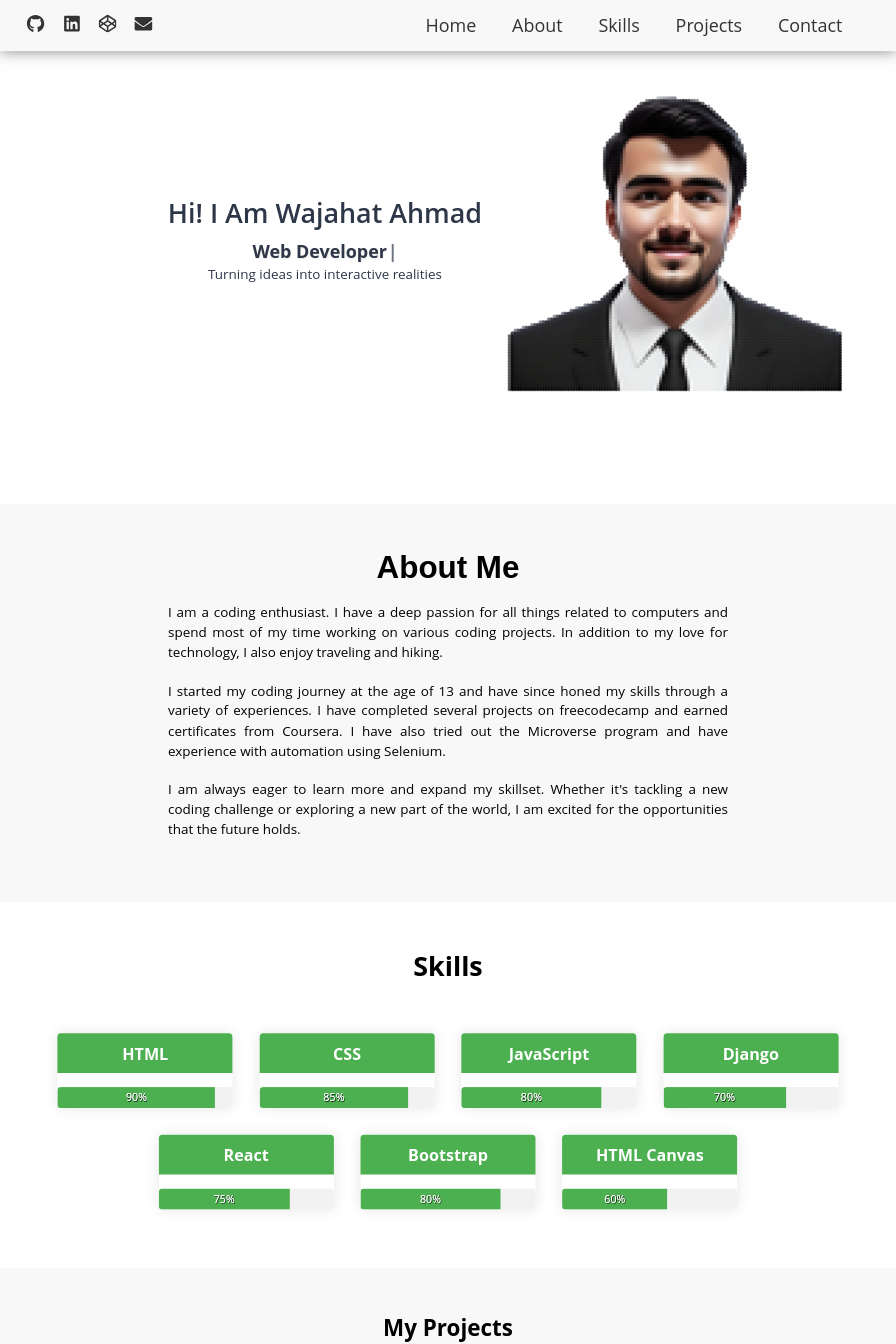
Repository: WajahatKanju/wajahatkanju.github.io
Page: /
An editor plug-in stored every save of this project. The page is shown before and after the next save, followed by the edit.
The browser window is 1280 px wide. The pictures show the part of the page from y = 0 to 1920 px (the page is 3132 px tall), at 70% of full size.
The project was rebuilt for these pictures with package versions that can differ from the ones it lists, and the page was loaded fresh each time. Also part of the build but not shown: vite.config.js.

Above is the page before, as saved 2023-05-06 10:29:35.

### index.html
<!DOCTYPE html>
<html lang="en">
  <head>
    <meta charset="UTF-8" />
    <link rel="icon" type="image/svg+xml" href="./src/assets/favicon.svg" />
    <meta name="viewport" content="width=device-width, initial-scale=1.0" />
    <title>Wajahat Ahmad - Portfolio</title>
  </head>
  <body>
    <div id="root"></div>
    <script type="module" src="./src/main.jsx"></script>
  </body>
</html>

### src/App.jsx
import './styles/App.scss'
import Header from "./Header"
import Navigation from './Navigation'
import About from './About'
import ContactForm from './ContactForm'
import Skills from './Skills'
import Projects from './Projects'

function App() {

  return (
    <>
    <Navigation />
    <Header />
    <About />
    <Skills />
    <Projects />
    <ContactForm />
    </>
  )
}

export default App

### src/styles/App.scss
/* Reset */
*, *::before, *::after {
  margin: 0;
  padding: 0;
  box-sizing: border-box;
}

/* Set base font size */
html {
  font-size: 62.5%; /* 1rem = 10px */
}

/* Base styles */
body {
  font-family: 'Open Sans', sans-serif;
  font-size: 1.6rem; /* 16px */
  overflow-x: hidden;
}

section:nth-of-type(2n - 1){
  background-color: #F8F8F8;
}

/* Media queries */
@media screen and (max-width: 599px) {
  /* Small screens */
  body {
    font-size: 1.2rem; /* 12px */
  }
}

@media screen and (min-width: 600px) and (max-width: 991px) {
  /* Mobile and tablet styles */
  body {
    font-size: 1.4rem; /* 14px */
  }
}

@media screen and (min-width: 992px) and (max-width: 1199px) {
  /* Medium desktop styles */
  body {
    font-size: 1.8rem; /* 18px */
  }
}

@media screen and (min-width: 1200px) and (max-width: 1599px) {
  /* Large desktop styles */
  html {
    font-size: 80%; /* 1rem = 8px */
  }
  body {
    font-size: 2rem; /* 20px */
  }
}

@media screen and (min-width: 1600px) {
  /* Extra large desktop styles */
  html {
    font-size: 100%; /* 1rem = 10px */
  }
  body {
    font-size: 2.2rem; /* 22px */
  }
}

### src/Header.jsx
import { useEffect } from "react";
import Typewriter from "typewriter-effect/dist/core";
import "./styles/Header.scss";

import ImageParticleAnimation from "./ImageParticleAnimation";

function Header() {
  useEffect(() => {
    const typewriter = new Typewriter("#typewriter", {
      strings: ["Web Designer", "Web Developer", "Full Stack Developer"],
      loop: true,
      delay: 80,
      autoStart: true,
    });

    typewriter.start();
  }, []);


  return (
    <header className="header">
      <div className="header__left">
        <h1>Hi! I Am Wajahat Ahmad</h1>
        <p id="typewriter"></p>
        <h3>Turning ideas into interactive realities</h3>
      </div>
      <div className="header__right">
        <ImageParticleAnimation />
      </div>
    </header>
  );
}

export default Header;

### src/Navigation.jsx
import { useState } from 'react';
import { FaGithub, FaLinkedin, FaCodepen, FaEnvelope } from 'react-icons/fa';
import './styles/Navigation.scss';

function Navigation() {
  const [menuOpen, setMenuOpen] = useState(false);

  const handleMenuClick = () => {
    setMenuOpen(!menuOpen);
  };
  return (
    <nav className="navigation">

      <div className={`navigation__left`}>
        <a href="https://github.com/WajahatKanju" target="_blank" rel="noopener noreferrer">
          <FaGithub />
        </a>
        <a href="https://www.linkedin.com/in/wajahat-ahmad-5b493b181/" target="_blank" rel="noopener noreferrer">
          <FaLinkedin />
        </a>
        <a href="https://codepen.io/wajahatahmad" target="_blank" rel="noopener noreferrer">
          <FaCodepen />
        </a>
        <a href="mailto:wajahat5ahmad@gmail.com">
          <FaEnvelope />
        </a>
      </div>
      <ul className={`navigation__right ${menuOpen ? 'active' : ''}`}>
        <li> <a href="#">Home </a> </li>
        <li> <a href="#about">About</a></li>
        <li> <a href="#skills">Skills </a></li>
        <li> <a href="#projects">Projects </a></li>
        <li> <a href="#contact">Contact </a></li>
      </ul>
      <div className={`navigation-button ${menuOpen ? '' : 'active'}`} onClick={handleMenuClick}>
        <div className="navigation__menu-icon">
          <div className="navigation__menu-line"></div>
          <div className="navigation__menu-line"></div>
          <div className="navigation__menu-line"></div>
        </div>
      </div>
    </nav>
  );
}

export default Navigation;

### src/About.jsx
import "./styles/About.scss";

function About() {
  return (
    <section className="about"id="about">
      <div className="about__me--container">
        <h2>About Me</h2>
        <p>
          I am a coding enthusiast. I have a deep passion for all things related
          to computers and spend most of my time working on various coding
          projects. In addition to my love for technology, I also enjoy
          traveling and hiking.
        </p>
        <p>
          I started my coding journey at the age of 13 and have since honed my
          skills through a variety of experiences. I have completed several
          projects on freecodecamp and earned certificates from Coursera. I have
          also tried out the Microverse program and have experience with
          automation using Selenium.
        </p>
        <p>
          I am always eager to learn more and expand my skillset. Whether
          it&apos;s tackling a new coding challenge or exploring a new part of
          the world, I am excited for the opportunities that the future holds.
        </p>
      </div>
    </section>
  );
}

export default About;

### src/ContactForm.jsx
import { useState } from "react";

import "./styles/ContactForm.scss";

function ContactForm() {
  const [name, setName] = useState("");
  const [email, setEmail] = useState("");
  const [message, setMessage] = useState("");

  const handleSubmit = (e) => {
    e.preventDefault();
    // handle form submission logic here
  };

  return (
    <section className="contact__form">
      <div className="contact__form__container">
        <h2 className="form__header">Contact Me</h2>
        <form onSubmit={handleSubmit}>
          <label htmlFor="name">Name:</label>
          <input
            type="text"
            id="name"
            name="name"
            value={name}
            onChange={(e) => setName(e.target.value)}
            required
          />

          <label htmlFor="email">Email:</label>
          <input
            type="email"
            id="email"
            name="email"
            value={email}
            onChange={(e) => setEmail(e.target.value)}
            required
          />

          <label htmlFor="message">Message:</label>
          <textarea
            id="message"
            name="message"
            value={message}
            onChange={(e) => setMessage(e.target.value)}
            required
          />

          <button type="submit">Submit</button>
        </form>
      </div>
    </section>
  );
}

export default ContactForm;

### src/Skills.jsx
import "./styles/Skills.scss";

function Skills() {
  return (
    <section className="skills">
      <h2 className="skills__header">Skills</h2>

      <div className="skills__container">
        <div className="skill">
          <h3 className="skill__name">HTML</h3>
          <div className="skill__bar">
            <div className="skill__fill" style={{ width: "90%" }}>
              <span className="skill__percent">90%</span>
            </div>
          </div>
        </div>

        <div className="skill">
          <h3 className="skill__name">CSS</h3>
          <div className="skill__bar">
            <div className="skill__fill" style={{ width: "85%" }}>
              <span className="skill__percent">85%</span>
            </div>
          </div>
        </div>

        <div className="skill">
          <h3 className="skill__name">JavaScript</h3>
          <div className="skill__bar">
            <div className="skill__fill" style={{ width: "80%" }}>
              <span className="skill__percent">80%</span>
            </div>
          </div>
        </div>

        <div className="skill">
          <h3 className="skill__name">Django</h3>
          <div className="skill__bar">
            <div className="skill__fill" style={{ width: "70%" }}>
              <span className="skill__percent">70%</span>
            </div>
          </div>
        </div>

        <div className="skill">
          <h3 className="skill__name">React</h3>
          <div className="skill__bar">
            <div className="skill__fill" style={{ width: "75%" }}>
              <span className="skill__percent">75%</span>
            </div>
          </div>
        </div>

        <div className="skill">
          <h3 className="skill__name">Bootstrap</h3>
          <div className="skill__bar">
            <div className="skill__fill" style={{ width: "80%" }}>
              <span className="skill__percent">80%</span>
            </div>
          </div>
        </div>

        <div className="skill">
          <h3 className="skill__name">HTML Canvas</h3>
          <div className="skill__bar">
            <div className="skill__fill" style={{ width: "60%" }}>
              <span className="skill__percent">60%</span>
            </div>
          </div>
        </div>
      </div>
    </section>
  );
}

export default Skills;

### src/Projects.jsx
import './styles/Projects.scss';

const Projects = () => {
  const projects = [
    {
      id: 1,
      title: 'Todo List',
      description: 'A simple todo list application that allows users to add and complete tasks.',
      image: 'https://via.placeholder.com/300x200',
      link: 'https://www.example.com/todolist'
    },
    {
      id: 2,
      title: 'Weather App',
      description: 'A weather application that displays current weather conditions for a given location.',
      image: 'https://via.placeholder.com/300x200',
      link: 'https://www.example.com/weatherapp'
    },
    {
      id: 3,
      title: 'E-commerce Store',
      description: 'An online store that allows users to browse and purchase products.',
      image: 'https://via.placeholder.com/300x200',
      link: 'https://www.example.com/ecommerce'
    },
    {
      id: 4,
      title: 'Recipe App',
      description: 'A recipe application that displays a list of recipes and allows users to search and filter them.',
      image: 'https://via.placeholder.com/300x200',
      link: 'https://www.example.com/recipeapp'
    }
  ];

  return (
    <section className="projects" id="projects">
      <h2>My Projects</h2>
      <div className="project-list">
        {projects.map(project => (
          <div className="project" key={project.id}>
            <img src={project.image} alt={project.title} />
            <h3>{project.title}</h3>
            <p>{project.description}</p>
            <a href={project.link}>View Project</a>
          </div>
        ))}
      </div>
    </section>
  );
};

export default Projects;

### src/styles/Header.scss
.header {
  display: flex;
  padding: 2rem 5rem;

  justify-content: space-around;
  align-items: center;
  min-height: 100vh;
  color: #2d3748;
  position: relative;
  z-index: 10;

  img{
    display: block;

  }

  &__left {
    h1 {
      font-size: 3rem;
      font-weight: 600;
      text-align: center;
      margin-bottom: 1rem;

      span {
        display: inline-block;

        &.animate__bounce:hover {
          animation-name: jelly;
          animation-duration: 1s;
          animation-fill-mode: both;
          animation-iteration-count: infinite;
        }
      }
    }

    h3 {
      font-size: 1.5rem;
      font-weight: 400;
      text-align: center;
      margin-bottom: 3rem;
    }

    #typewriter {
      text-align: center;
      font-size: 2rem;
      font-weight: bold;
      text-shadow: 0.0625rem 0.0625rem 0.1875rem rgba(0, 0, 0, 0.1);
    }
  }
}


@keyframes jelly {
  0%,
  100% {
    transform: scale(1);
  }
  25% {
    transform: scale(0.9, 1.1);
  }
  50% {
    transform: scale(1.1, 0.9);
  }
  75% {
    transform: scale(0.95, 1.05);
  }
}

### src/ImageParticleAnimation.jsx
import { useEffect, useRef } from "react";
import cartoonMe from "./assets/cartoon.png";

export default function ImageParticleAnimation() {

  // eslint-disable-next-line react-hooks/exhaustive-deps
  const png = new Image();
  png.src = cartoonMe;
  const canvasRef = useRef();

  useEffect(() => {
    const canvas = canvasRef.current;
    const ctx = canvas.getContext("2d");

    canvas.width = innerWidth;
    canvas.height = innerHeight;

    let particleArray = [];

    let mouse = {
      x: null,
      y: null,
      radius: 120,
    };

    window.addEventListener("mousemove", (event) => {
      mouse.x = event.x + canvas.clientLeft / 2;
      mouse.y = event.y + canvas.clientTop / 2;
    });

    function drawImage() {
      let imageWidth = png.width;
      let imageHeight = png.height;
      ctx.drawImage(png, innerWidth / 2, innerHeight / 2);
      const data = ctx.getImageData(0, 0, imageWidth, imageHeight);
      ctx.clearRect(0, 0, canvas.width, canvas.height);

      class Particle {
        constructor(x, y, color, size=1) {
          this.baseX = x + (canvas.width * 0.75 ) - png.width * 2;
          this.baseY = y + (canvas.height * 0.45 ) - png.height * 2;

          this.x = this.baseX + Math.random() * 200 - 25 ;
          this.y = this.baseY + Math.random() * 200 - 25 ;

          this.color = color;
          this.size = size;

          this.density = Math.random() * 10 + 2;
        }

        draw() {
          ctx.fillStyle = this.color;
          ctx.beginPath();
          ctx.arc(this.x, this.y, this.size * 10, 0, Math.PI * 2);
          ctx.closePath();
          ctx.fill();
        }

        update() {
          let dx = mouse.x - this.x;
          let dy = mouse.y - this.y;
          let distance = Math.sqrt(dx * dx + dy * dy);
          let forceDirectionX = dx / distance;
          let forceDirectionY = dy / distance;

          const maxDistance = 100;
          let force = (maxDistance - distance) / (maxDistance * 0.5);
          if (force < 0) force = 0;

          let directionX = forceDirectionX * force * this.density * 0.6;
          let directionY = forceDirectionY * force * this.density * 0.6;

          if (distance < mouse.radius + this.size) {
            this.x -= directionX;
            this.y -= directionY;
          } else {
            if (this.x != this.baseX) {
              let dx = this.x - this.baseX;
              this.x -= dx / 25;
            }
            if (this.y != this.baseY) {
              let dy = this.y - this.baseY;
              this.y -= dy / 25;
            }
          }

          this.draw();
        }
      }

      function init() {
        particleArray = [];

        for (let y = 0, y2 = data.height; y < y2; y++) {
          for (let x = 0, x2 = data.width; x < x2; x++) {
            if (data.data[y * 4 * data.width + x * 4 + 3] > 128) {
              let positionX = x;
              let positionY = y;
              let color = `rgb(${data.data[y * 4 * data.width + x * 4]}, ${
                data.data[y * 4 * data.width + x * 4 + 1]
              }, ${data.data[y * 4 * data.width + x * 4 + 2]} )`;

              particleArray.push(new Particle(positionX * 4 , positionY* 4, color , 0.25));
            }
          }
        }
      }

      function animate() {
        requestAnimationFrame(animate);
        ctx.fillStyle = "rgba(255,255,255, 0.5)";


        ctx.fillRect(0, 0, innerWidth, innerHeight);

        for (let i = 0; i < particleArray.length; i++) {
          particleArray[i].update();
        }
      }
      init();
      animate();

      window.addEventListener("resize", () => {
        canvas.width = innerWidth;
        canvas.height = innerHeight;
        init();
      });
    }

    png.onload = () => {
      console.log("Image loaded");
      ctx.drawImage(png, 0, 0);
      drawImage();
    };
  }, [png]);

  return (
    <>
      <canvas
        ref={canvasRef}
        id="canvas"
        style={{ position: "absolute", top: "0", left: "0", zIndex: '-1', maxWidth: '100vw', maxHeight: '100%' }}
      ></canvas>
    </>
  );
}

### src/styles/About.scss
.about {
  padding: 5rem 0;
  display: flex;
  justify-content: center;

  &__me--container {
    max-width: 800px;
    width: 100%;
    margin: 0 2rem;
  }

  h2 {
    font-family: 'Montserrat', sans-serif;
    font-size: 3.5rem;
    margin-bottom: 2rem;
    text-align: center;
    transition: all 0.3s ease;
  }

  h2:hover {
    color: #FF8C00;
    transform: scale(1.05);
  }

  p {
    font-family: 'Open Sans', sans-serif;
    font-size: 1.5rem;
    line-height: 1.5;
    margin-bottom: 2rem;
    text-align: justify;
  }
}

### src/styles/ContactForm.scss
.contact__form {
  display: flex;
  justify-content: center;
  align-items: center;
  height: 100vh;

  .contact__form__container {
    max-width: 600px;
    width: 100%;
    padding: 3rem;
    border-radius: 10px;
    box-shadow: 0 0 20px rgba(0, 0, 0, 0.1);

    .form__header {
      font-size: 2.5rem;
      font-weight: 700;
      text-align: center;
      margin-bottom: 2rem;
    }

    form {
      display: flex;
      flex-direction: column;

      label {
        font-size: 1.2rem;
        font-weight: 500;
        margin-bottom: 0.5rem;
      }

      input,
      textarea {
        padding: 1rem;
        font-size: 1rem;
        border-radius: 5px;
        border: none;
        margin-bottom: 1.5rem;
        box-shadow: 0 0 5px rgba(0, 0, 0, 0.1);
        transition: box-shadow 0.3s ease-in-out;

        &:focus {
          outline: none;
          box-shadow: 0 0 10px rgba(0, 0, 0, 0.2);
        }
      }

      textarea {
        resize: none;
        height: 150px;
      }

      button[type="submit"] {
        background-color: #4caf50;
        color: #fff;
        font-size: 1.2rem;
        padding: 1rem 2rem;
        border: none;
        border-radius: 5px;
        cursor: pointer;
        transition: background-color 0.3s ease-in-out;

        &:hover {
          background-color: #3e8e41;
        }
      }
    }
  }
}

### src/styles/Skills.scss
.skills {
  padding: 5rem 0;

  &__header {
    font-size: 3rem;
    text-align: center;
    margin-bottom: 4rem;
  }

  &__container {
    display: flex;
    flex-wrap: wrap;
    justify-content: center;
  }

  .skill {
    width: 250px;
    margin: 1.5rem;
    text-align: center;
    border-radius: 5px;
    background-color: #fff;
    box-shadow: 0 0 20px rgba(0, 0, 0, 0.1);
    transition: transform 0.3s ease-in-out;

    &:hover {
      transform: translateY(-25px) scale(1.06);
    }

    &__name {
      font-size: 1.8rem;
      margin-bottom: 1.5rem;
      padding: 1rem;
      background-color: #4caf50;
      color: #fff;
      border-top-left-radius: 5px;
      border-top-right-radius: 5px;
    }

    &__bar {
      height: 30px;
      border-radius: 5px;
      background-color: #f2f2f2;
      overflow: hidden;
      position: relative;
    }

    &__fill {
      position: absolute;
      top: 0;
      left: 0;
      bottom: 0;
      background-color: #4caf50;
      width: 0;
      transition: width 1s ease-in-out;
      display: flex;
      justify-content: center;
      align-items: center;

      &::before {
        content: "";
        position: absolute;
        top: 50%;
        left: 50%;
        transform: translate(-50%, -50%);
        font-size: 1.2rem;
        color: #fff;
        text-shadow: 1px 1px rgba(0, 0, 0, 0.5);
      }
    }

    &__percent {
      font-size: 1.2rem;
      color: #fff;
      text-shadow: 1px 1px rgba(0, 0, 0, 0.5);
    }
  }

  // Set the width of the fill bar based on the percentage
  .skill:nth-child(1) .skill__fill {
    width: 90%;
    &::before {
      content: "90%";
    }
  }

  .skill:nth-child(2) .skill__fill {
    width: 85%;
    &::before {
      content: "85%";
    }
  }

  .skill:nth-child(3) .skill__fill {
    width: 80%;
    &::before {
      content: "80%";
    }
  }

  .skill:nth-child(4) .skill__fill {
    width: 70%;
    &::before {
      content: "70%";
    }
  }

  .skill:nth-child(5) .skill__fill {
    width: 75%;
    &::before {
      content: "75%";
    }
  }

  .skill:nth-child(6) .skill__fill {
    width: 80%;
    &::before {
      content: "80%";
    }
  }

  .skill:nth-child(7) .skill__fill {
    width: 60%;
    &::before {
      content: "60%";
    }
  }
}

### src/styles/Projects.scss
.projects {
  padding: 5rem 0;

  h2 {
    font-size: 2.5rem;
    margin-bottom: 2rem;
    text-align: center;
  }

  .project-list {
    display: flex;
    flex-wrap: wrap;
    justify-content: center;
    gap: 2rem;

    .project {
      background-color: #fff;
      box-shadow: 0 0 20px rgba(0, 0, 0, 0.1);
      padding: 2rem;
      width: 300px;
      display: flex;
      flex-direction: column;
      align-items: center;
      transition: transform 0.2s ease-in-out;

      &:hover {
        transform: translateY(-5px);
      }

      img {
        width: 100%;
        max-width: 300px;
        height: auto;
        margin-bottom: 1.5rem;
        border-radius: 5px;
        box-shadow: 0 0 10px rgba(0, 0, 0, 0.1);
        transition: transform 0.2s ease-in-out;

        &:hover {
          transform: scale(1.05);
        }
      }

      h3 {
        font-size: 1.5rem;
        margin-bottom: 1.5rem;
        text-align: center;
        color: #0077b6;
        text-shadow: 1px 1px 0 #fff;
      }

      p {
        font-size: 1.2rem;
        line-height: 1.5;
        margin-bottom: 1.5rem;
        text-align: justify;
      }

      a {
        font-size: 1.2rem;
        background-color: #0077b6;
        color: #fff;
        text-decoration: none;
        padding: 0.5rem 1rem;
        border-radius: 5px;
        transition: background-color 0.3s ease;

        &:hover {
          background-color: #023e8a;
        }
      }
    }
  }
}

Loaded but not shown: src/main.jsx (common file); src/styles/Navigation.scss (273 lines, source omitted)

After the next save:
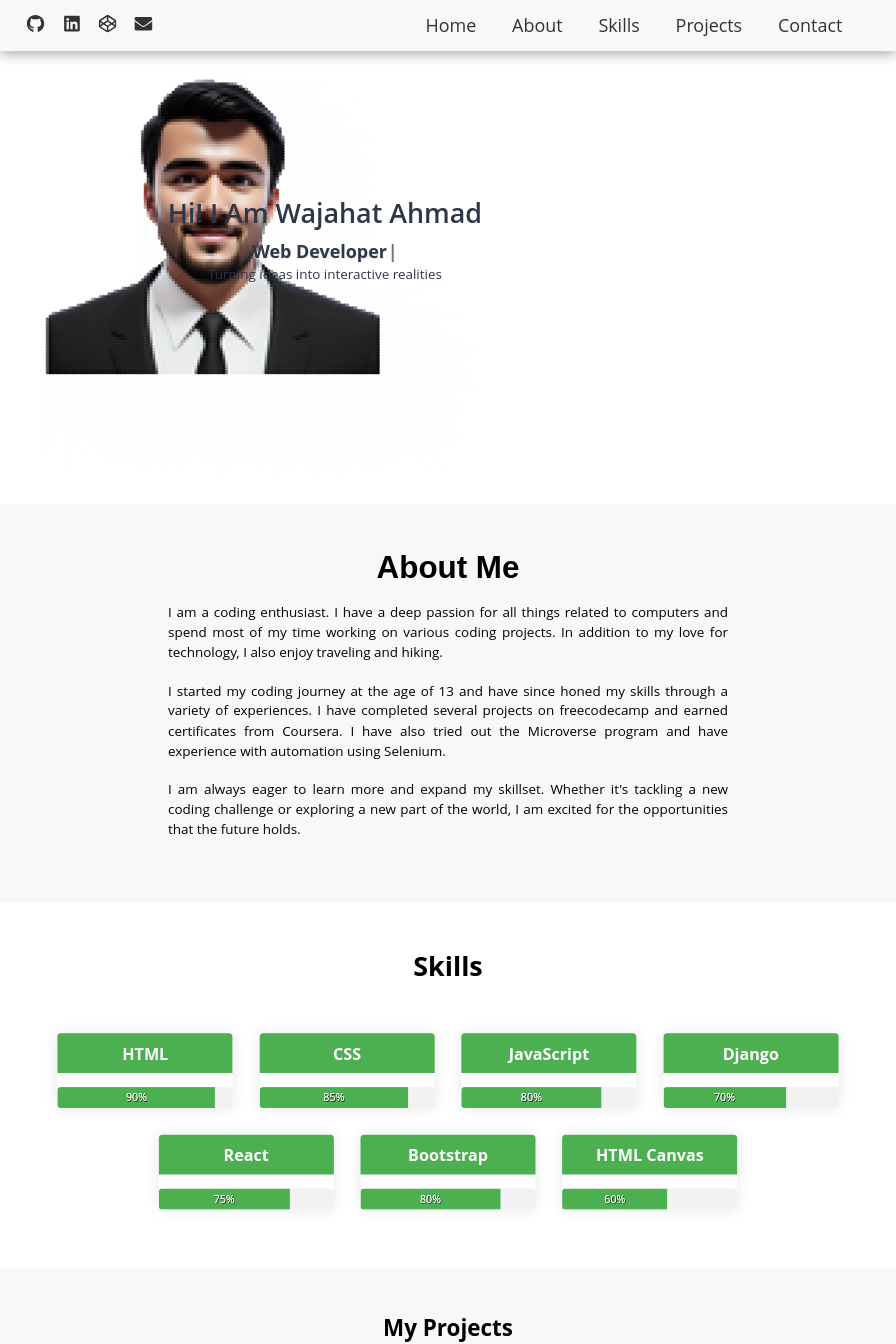
Saved 28 s later.
--- a/src/ImageParticleAnimation.jsx
+++ b/src/ImageParticleAnimation.jsx
@@ -37,8 +37,8 @@ export default function ImageParticleAnimation() {
 
       class Particle {
         constructor(x, y, color, size=1) {
-          this.baseX = x + (canvas.width * 0.75 ) - png.width * 2;
-          this.baseY = y + (canvas.height * 0.45 ) - png.height * 2;
+          this.baseX = x ;
+          this.baseY = y;
 
           this.x = this.baseX + Math.random() * 200 - 25 ;
           this.y = this.baseY + Math.random() * 200 - 25 ;
